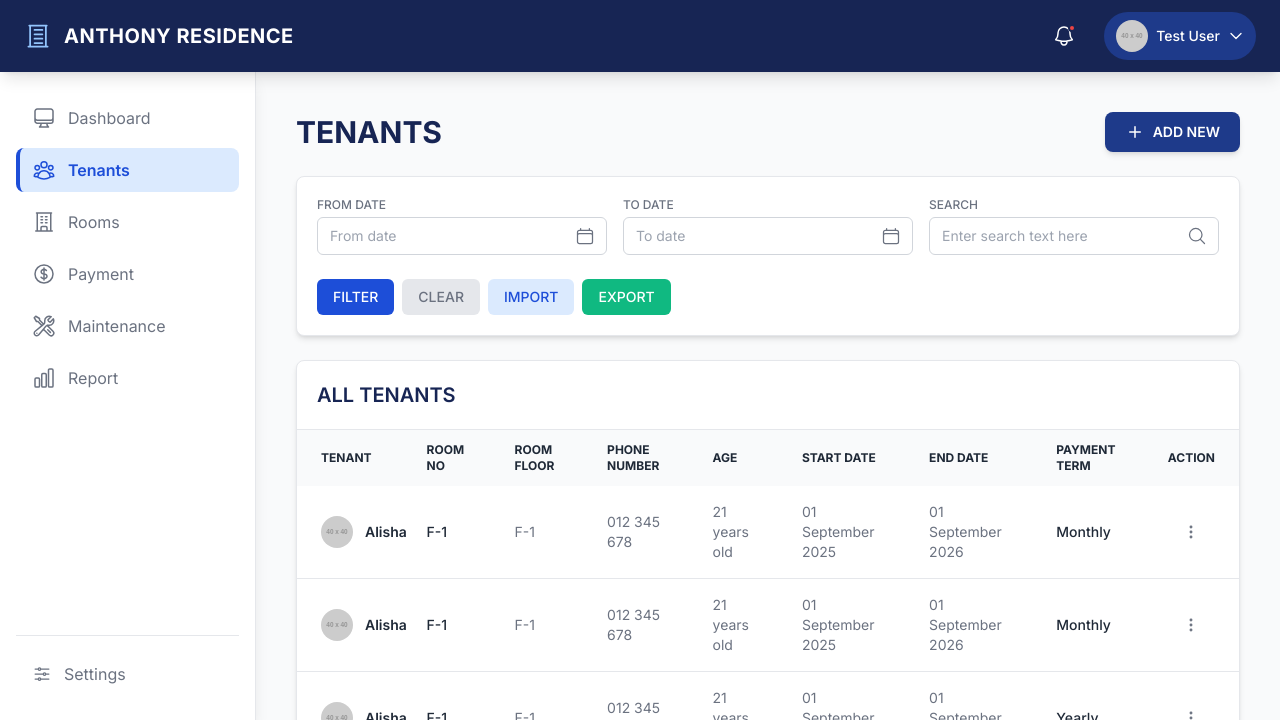
Repository: phyronsoftware-project/Room_Rental_Management_System
Page: http://localhost/tanants
An editor plug-in stored every save of this project. The page is shown before and after the next save, followed by the edit.
The browser window is 1280 px wide. The pictures show the whole page.
An inner scrolling area shows only its first screen. Some web libraries are served in a nearby version. The page is served by the project's Laravel application, run on PHP 8.4 with Laravel 12. A made-up administrator, Test User (test@example.com), is signed in.

Above is the page before, as saved 2026-01-21 19:55:12.

After the next save:
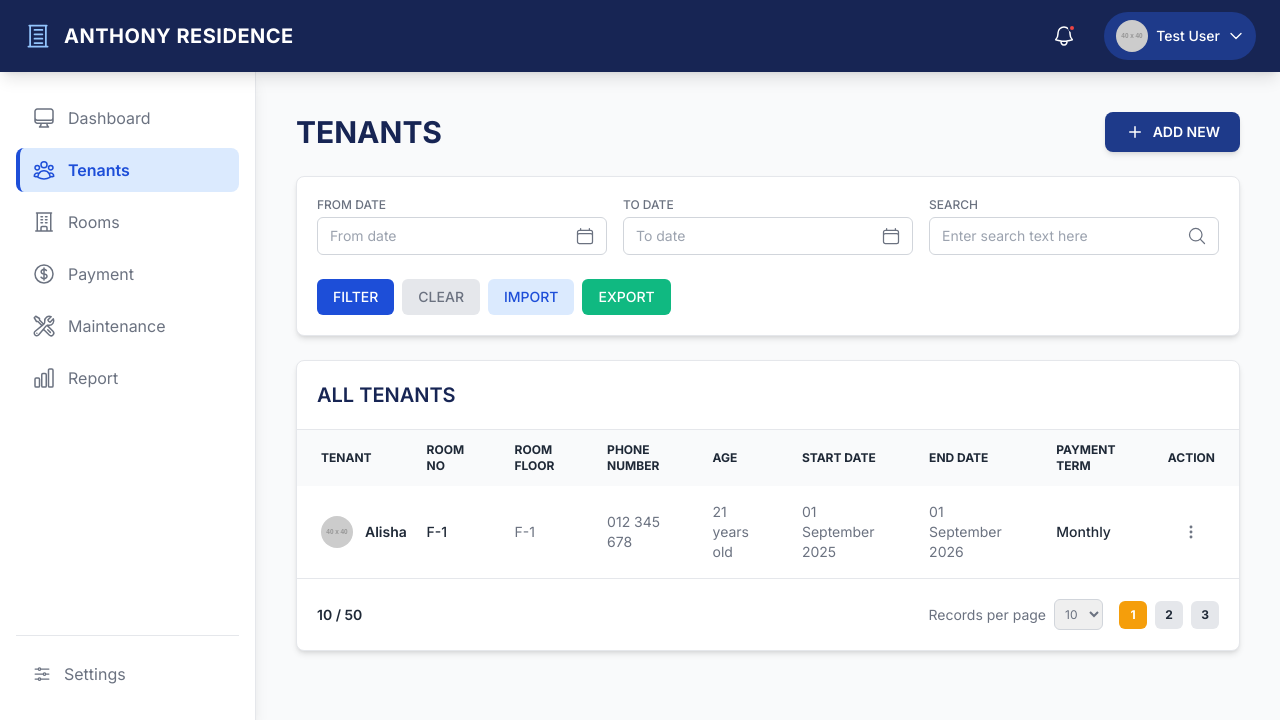
Saved 7 s later.
--- a/resources/views/tenants/tenants.blade.php
+++ b/resources/views/tenants/tenants.blade.php
@@ -166,81 +166,6 @@
                                 </td>
                             </tr>
 
-                            <tr class="bg-light border-b hover:bg-gray-50 transition-colors duration-200">
-                                <td class="px-6 py-4">
-                                    <div class="flex items-center gap-3">
-                                        <img class="w-8 h-8 rounded-full"
-                                            src="https://placehold.co/40x40/EA4335/FFF?text=A" alt="Alisha" />
-                                        <span class="font-semibold text-text-dark">Alisha</span>
-                                    </div>
-                                </td>
-                                <td class="px-6 py-4 font-medium text-text-dark">F-1</td>
-                                <td class="px-6 py-4">F-1</td>
-                                <td class="px-6 py-4">012 345 678</td>
-                                <td class="px-6 py-4">21 years old</td>
-                                <td class="px-6 py-4">01 September 2025</td>
-                                <td class="px-6 py-4">01 September 2026</td>
-                                <td class="px-6 py-4 font-medium text-text-dark">
-                                    Monthly
-                                </td>
-                                <td class="px-6 py-4 text-center">
-                                    <div class="relative inline-block">
-                                        <button class="text-text-mid p-1 rounded-full hover:bg-gray-200"
-                                            data-action="toggle-dropdown">
-                                            <svg class="w-5 h-5" xmlns="http://www.w3.org/2000/svg" fill="none"
-                                                viewBox="0 0 24 24" stroke-width="2" stroke="currentColor">
-                                                <path stroke-linecap="round" stroke-linejoin="round"
-                                                    d="M12 6.75a.75.75 0 110-1.5.75.75 0 010 1.5zM12 12.75a.75.75 0 110-1.5.75.75 0 010 1.5zM12 18.75a.75.75 0 110-1.5.75.75 0 010 1.5z" />
-                                            </svg>
-                                        </button>
-                                        <!-- Dropdown Menu -->
-                                        <div
-                                            class="action-dropdown absolute right-0 mt-2 w-40 bg-light rounded-md shadow-lg border border-gray-200 z-10 hidden">
-                                            <a href="tenant-detail.php"
-                                                class="block px-4 py-2 text-sm text-text-dark hover:bg-gray-100">View
-                                                Detail</a>
-                                        </div>
-                                    </div>
-                                </td>
-                            </tr>
-                            <!-- Table Row 10 -->
-                            <tr class="bg-light hover:bg-gray-50 transition-colors duration-200">
-                                <td class="px-6 py-4">
-                                    <div class="flex items-center gap-3">
-                                        <img class="w-8 h-8 rounded-full"
-                                            src="https://placehold.co/40x40/EA4335/FFF?text=A" alt="Alisha" />
-                                        <span class="font-semibold text-text-dark">Alisha</span>
-                                    </div>
-                                </td>
-                                <td class="px-6 py-4 font-medium text-text-dark">F-1</td>
-                                <td class="px-6 py-4">F-1</td>
-                                <td class="px-6 py-4">012 345 678</td>
-                                <td class="px-6 py-4">21 years old</td>
-                                <td class="px-6 py-4">01 September 2025</td>
-                                <td class="px-6 py-4">01 September 2026</td>
-                                <td class="px-6 py-4 font-medium text-text-dark">
-                                    Yearly
-                                </td>
-                                <td class="px-6 py-4 text-center">
-                                    <div class="relative inline-block">
-                                        <button class="text-text-mid p-1 rounded-full hover:bg-gray-200"
-                                            data-action="toggle-dropdown">
-                                            <svg class="w-5 h-5" xmlns="http://www.w3.org/2000/svg" fill="none"
-                                                viewBox="0 0 24 24" stroke-width="2" stroke="currentColor">
-                                                <path stroke-linecap="round" stroke-linejoin="round"
-                                                    d="M12 6.75a.75.75 0 110-1.5.75.75 0 010 1.5zM12 12.75a.75.75 0 110-1.5.75.75 0 010 1.5zM12 18.75a.75.75 0 110-1.5.75.75 0 010 1.5z" />
-                                            </svg>
-                                        </button>
-                                        <!-- Dropdown Menu -->
-                                        <div
-                                            class="action-dropdown absolute right-0 mt-2 w-40 bg-light rounded-md shadow-lg border border-gray-200 z-10 hidden">
-                                            <a href="tenant-detail.php"
-                                                class="block px-4 py-2 text-sm text-text-dark hover:bg-gray-100">View
-                                                Detail</a>
-                                        </div>
-                                    </div>
-                                </td>
-                            </tr>
                         </tbody>
                     </table>
                 </div>
